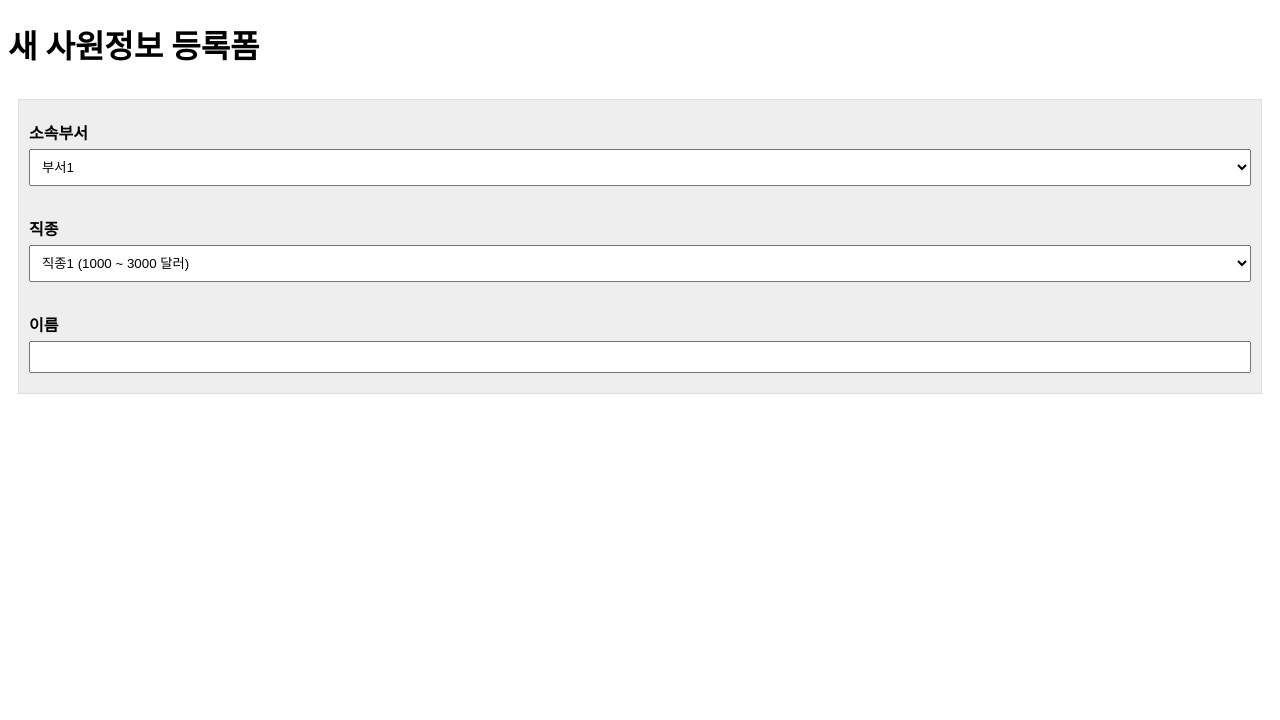
Repository: benpark0613/basic
Page: http://localhost/sample/hr/emp/form.jsp
The author's editor kept a copy of each file at every save. The page is drawn from the files as they stood at one save, then again after the next save.
The browser window is 1280 px wide. The pictures show the whole page.
The page is served by Tomcat 9. Other server files are loaded and not shown.

Above is the page before, as saved 2021-11-12 05:32:32.

### HR_app/sample/src/main/webapp/hr/emp/form.jsp
<%@ page language="java" contentType="text/html; charset=UTF-8"
    pageEncoding="UTF-8"%>
<!DOCTYPE html>
<html>
<head>
<meta charset="UTF-8">
<link rel="stylesheet" type="text/css" href="../../resources/css/style.css">
<title>사원정보관리::등록폼</title>
</head>
<body>
	<h1>새 사원정보 등록폼</h1>

	<div>
		<form class="well" method="post" action="register.jsp">
			<div class="form-group">
				<label>소속부서</label>
				<select name="deptId">
					<option value="">부서1</option>
					<option value="">부서2</option>
					<option value="">부서3</option>
				</select>
			</div>
			<div class="form-group">
				<label>직종</label>
				<select name="jobId">
					<option value="">직종1 (1000 ~ 3000 달러)</option>
					<option value="">직종2 (3000 ~ 5000 달러)</option>
					<option value="">직종3 (5000 ~ 10000 달러)</option>
				</select>
			</div>
			<div class="form-group">
				<label>이름</label>
				<input type="text" name="firstName" />
			</div>
		</form>
	</div>
</body>
</html>

### HR_app/sample/src/main/webapp/resources/css/style.css
@charset "UTF-8";

* {
	box-sizing: border-box;
}

div {
	margin: 10px 0;
	padding: 10px;
}

table {
	width: 100%;
	border-collapse: collapse;
}

th, td {
	padding: 8px;
	text-align: left;
	border: 1px solid black;
}

thead th {
	background-color: #0072B5;
	color: white;
	font-weight: bolder;
}

.text-center {
	text-align: center;
}
.text-left {
	text-align: left;
}
.text-right {
	text-align: right;
}
.form-group {
	margin-bottom: 10px;
}
.form-group label {
	display: block;
	font-weight: bold;
	margin-bottom: 5px;
}
.form-group input[type='text'],
	.form-group input[type='password'],
	.form-group input[type='number'],
	.form-group input[type='date'] {
		height: 32px;
		width: 100%;
		padding-left: 8px
}
.form-group select {
	height: 37px;
	width: 100%;
	padding-left: 8px
}

.form-group textarea {
	width: 100%;
	padding: 8px;
}
.btn {
	padding: 7px 25px;
    font-weight: bold;
    border: 1px solid black;
    font-size: 17px;
    background-color: white;
    text-decoration: none;
}
a.btn:hover {
	color: black;
	text-decoration: none;
}
.well {
	background-color: #eee;
	border: 1px solid #ddd;
}

a:link, a:visited {
	text-decoration: none;
	color: black;
}
a:hover {
	color: blue;
	text-decoration: underline;
}

.pagination a {
	font-size: 16px;
	border: 1px solid black;
	padding: 5px 8px;
	margin: 3px;
}
.pagination a.active {
	font-weight: bolder;
	color: red;
	border-color: red;
}
.pagination a.disabled {
	color: lightgray;
	border-color: lightgray;

}
.pagination a.disabled:hover {
	color: lightgray;
	border-color: lightgray;
	text-decoration: none;
}

#wrapper {
	width: 1000px;
	margin: 10px auto;
}

After the next save:
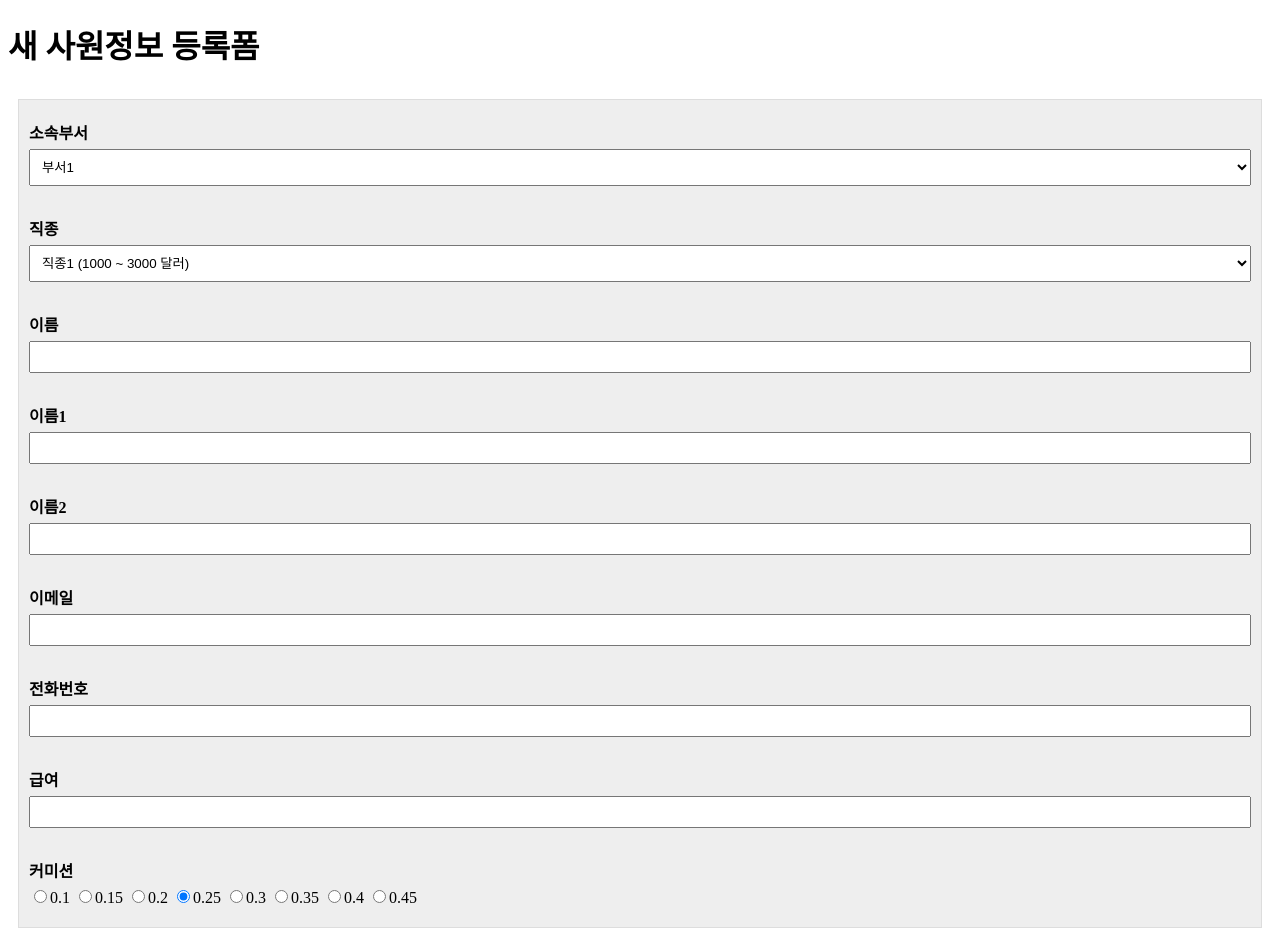
Saved 3 min 19 s later.
--- a/HR_app/sample/src/main/webapp/hr/emp/form.jsp
+++ b/HR_app/sample/src/main/webapp/hr/emp/form.jsp
@@ -32,6 +32,37 @@
 				<label>이름</label>
 				<input type="text" name="firstName" />
 			</div>
+			<div class="form-group">
+				<label>이름1</label>
+				<input type="text" name="firstName" />
+			</div>
+			<div class="form-group">
+				<label>이름2</label>
+				<input type="text" name="lastName" />
+			</div>
+			<div class="form-group">
+				<label>이메일</label>
+				<input type="text" name="email" />
+			</div>
+			<div class="form-group">
+				<label>전화번호</label>
+				<input type="text" name="phoneNumber" />
+			</div>
+			<div class="form-group">
+				<label>급여</label>
+				<input type="number" name="salary" />
+			</div>
+			<div class="form-group">
+				<label>커미션</label>
+				<input type="radio" name="commissionPct" value="0.1" />0.1
+				<input type="radio" name="commissionPct" value="0.15" />0.15
+				<input type="radio" name="commissionPct" value="0.2" />0.2
+				<input type="radio" name="commissionPct" value="0.25" checked="checked" />0.25
+				<input type="radio" name="commissionPct" value="0.3" />0.3
+				<input type="radio" name="commissionPct" value="0.35" />0.35
+				<input type="radio" name="commissionPct" value="0.4" />0.4
+				<input type="radio" name="commissionPct" value="0.45" />0.45
+			</div>
 		</form>
 	</div>
 </body>
